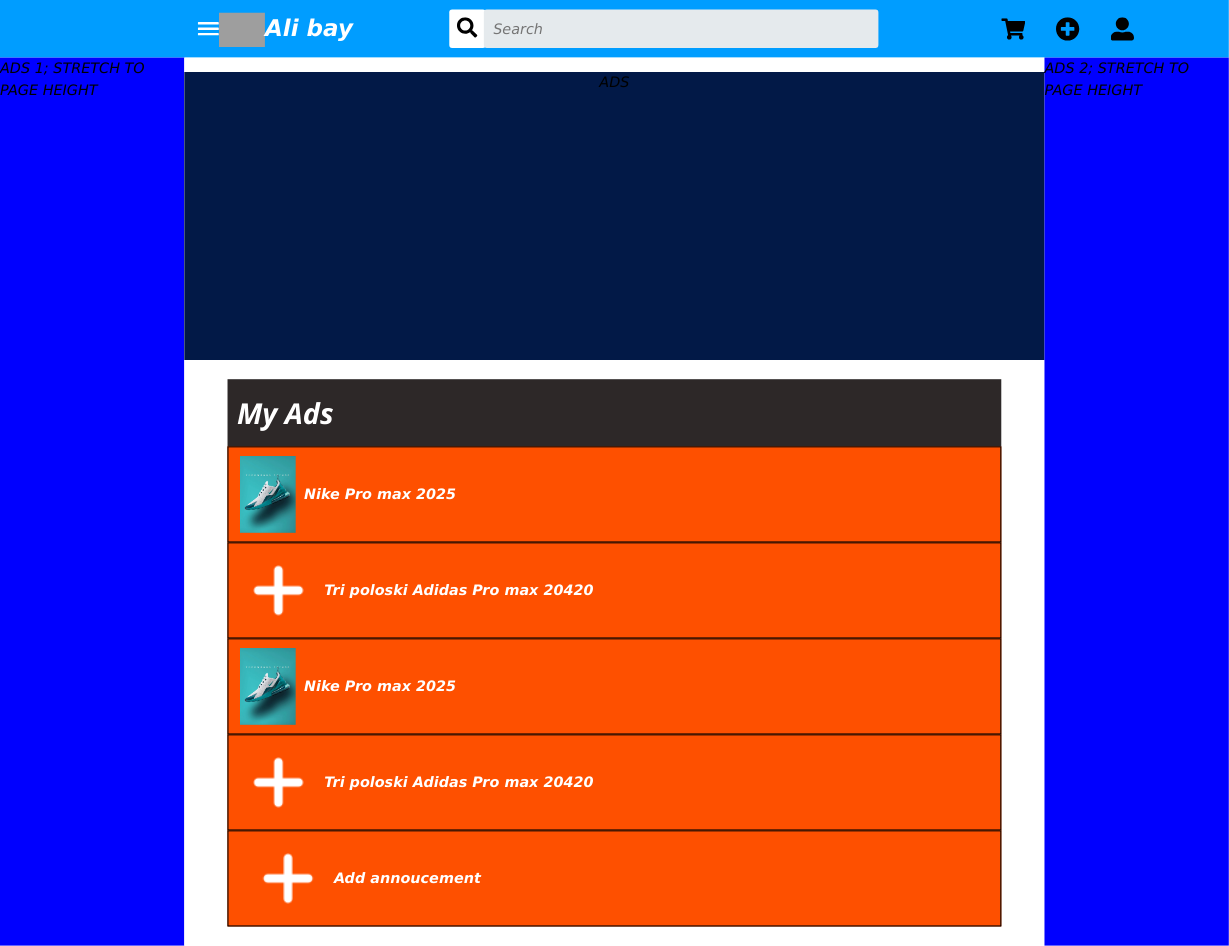
Repository: Aramys21/alibay-site
Page: public/ad_list.html
The author's editor kept a copy of each file at every save. The page is drawn from the files as they stood at one save, then again after the next save.
The browser window is 1280 px wide. The pictures show the whole page, at 96% of full size.
Pictures or frames that could not be fetched are drawn as grey boxes.

Above is the page before, as saved 2023-04-05 00:41:05.

After the next save:
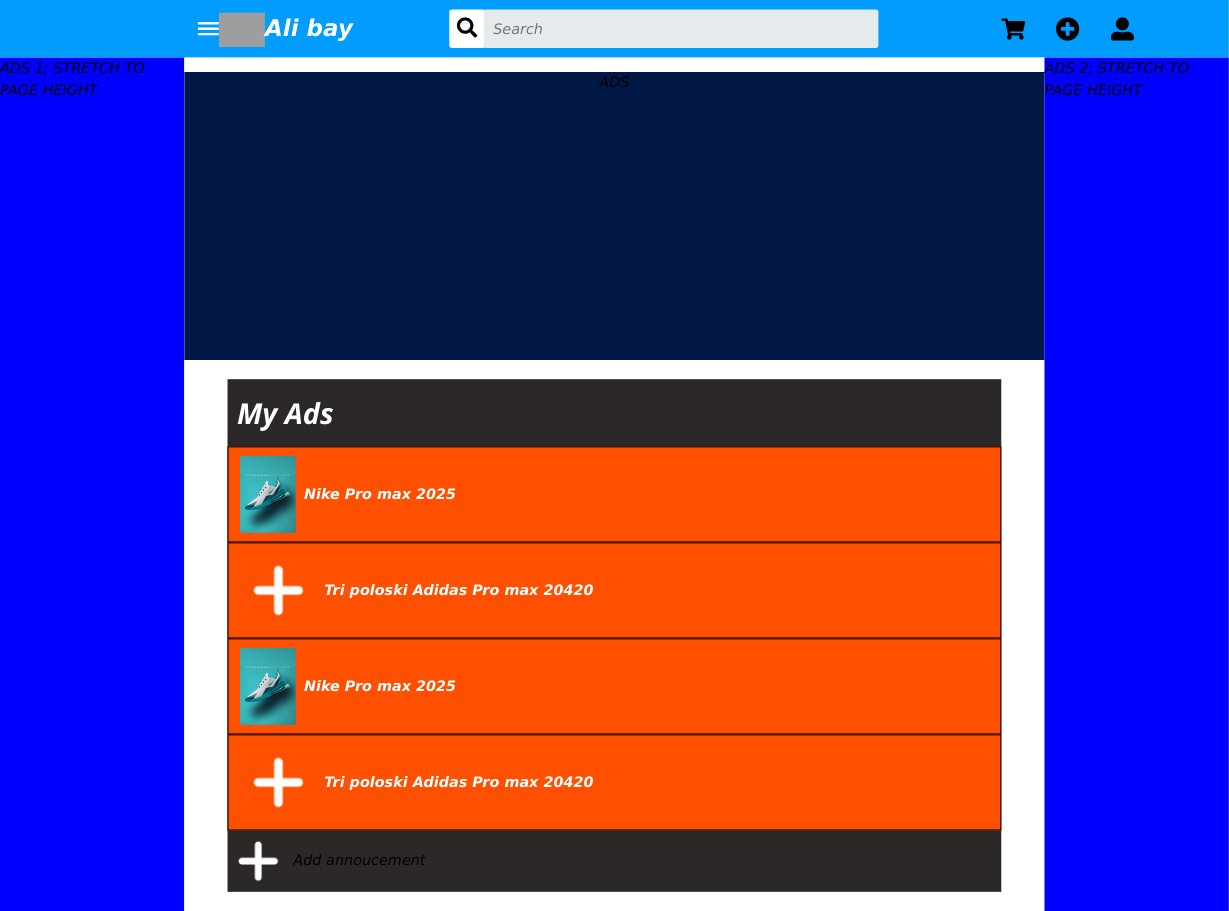
Saved 9 s later.
--- a/public/ad_list.html
+++ b/public/ad_list.html
@@ -129,7 +129,7 @@
 				<a>Tri poloski Adidas Pro max 20420</a>
 			</div>
 			<!-- single item end -->
-			<a href="#" style="color:green"><div class="list-item ">
+			<a href="#" style="color:green"><div class="">
 				<a href="#"><img src="src/images/ades (2).png"></a>
 				<a href="#" style="text-decoration: none;">Add annoucement</a>
 			</div></a>

After the save that followed:
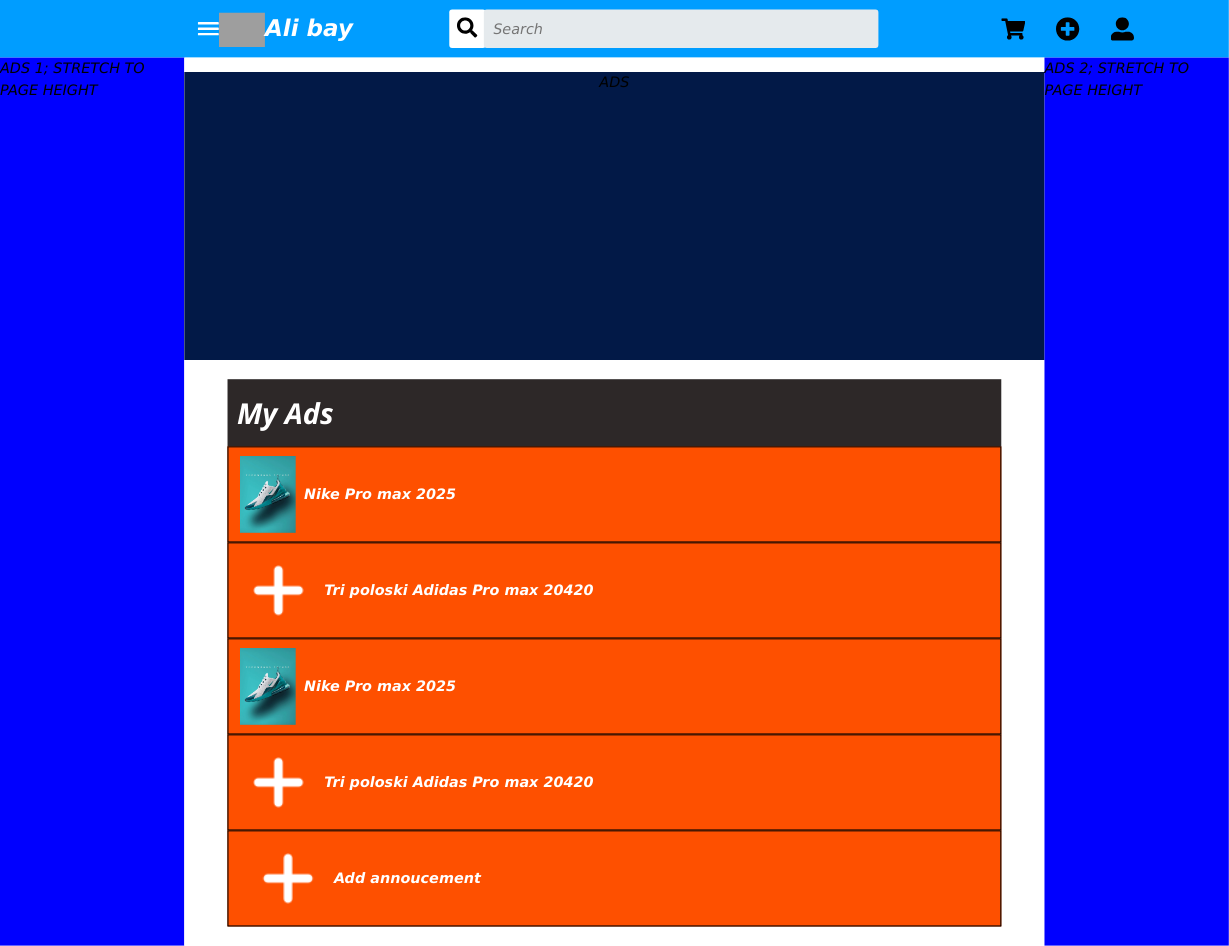
Saved 12 s later.
--- a/public/ad_list.html
+++ b/public/ad_list.html
@@ -129,7 +129,7 @@
 				<a>Tri poloski Adidas Pro max 20420</a>
 			</div>
 			<!-- single item end -->
-			<a href="#" style="color:green"><div class="">
+			<a href="#" style="color:green"><div class="list-item ">
 				<a href="#"><img src="src/images/ades (2).png"></a>
 				<a href="#" style="text-decoration: none;">Add annoucement</a>
 			</div></a>
